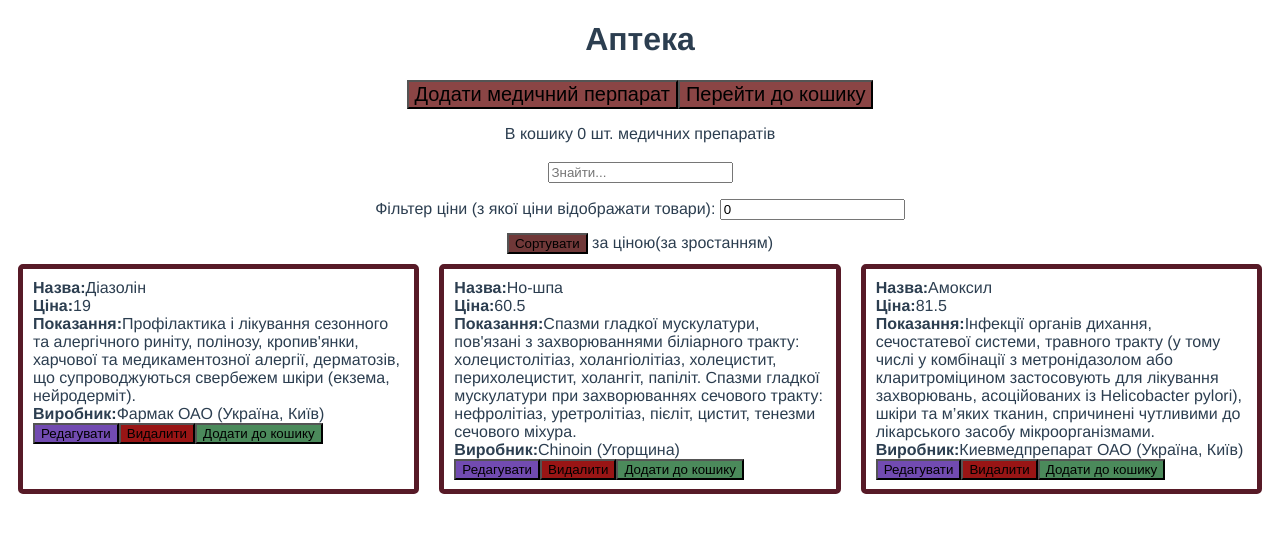
Repository: kristinap8/pharmacy
Page: /
These files come from the project's save history. The page is drawn as it stood at one moment and after the next save; the edit follows.
The browser window is 1280 px wide. The pictures show the whole page.
The project was rebuilt for these pictures with package versions that can differ from the ones it lists, and the page was loaded fresh each time. Also part of the build but not shown: src/components/AddMedicineForm/index.vue, src/pages/AddMedicine/index.vue, src/components/EditMedicineForm/index.vue, src/pages/EditMedicine/index.vue, src/components/CartForm/index.vue, src/pages/Cart/index.vue.

Above is the page before, as saved 2020-12-10 11:45:50.

### src/main.js
import Vue from 'vue'
import App from './App.vue'
import router from "./router"
import store from "./store"

Vue.config.productionTip = false

new Vue({
  store,
  router,
  render: h => h(App),
}).$mount('#app')

### src/App.vue
<template>
  <div id="app">
    <router-view/>
  </div>
</template>

<script>
export default {
  name: "App",
  components: {},
};
</script>

<style>
#app {
  font-family: Avenir, Helvetica, Arial, sans-serif;
  -webkit-font-smoothing: antialiased;
  -moz-osx-font-smoothing: grayscale;
  color: #2c3e50;
}
</style>

### src/router.js
import Vue from "vue";
import VueRouter from "vue-router";
import AddMedicine from "@/pages/AddMedicine";
import EditMedicine from "@/pages/EditMedicine";
import AllMedicines from "@/pages/AllMedicines";
import Cart from "@/pages/Cart";

Vue.use(VueRouter);

const routes=[
    {
        path:'/',
        name:'all-medicines',
        component:AllMedicines
    },
    {
        path:'/edit_medicine/:medicine_id',
        name:'edit-medicine',
        component:EditMedicine
    },
    {
        path:'/add_medicine',
        name:'add-medicine',
        component:AddMedicine
    },
    {
        path:'/cart',
        name:'cart',
        component:Cart
    },

]

const router=new VueRouter({
    mode:"history",
    routes
});

export default router;

### src/store/index.js
import Vue from "vue";
import Vuex from "vuex";
import { v4 as uuid_v4 } from 'uuid'

Vue.use(Vuex)
const store=new Vuex.Store({
    state:{
      medicinesList:[
          {
              id:1,
              name:'Но-шпа',
              price:60.5,
              requirements:"Спазми гладкої мускулатури, пов'язані з захворюваннями біліарного тракту: холецистолітіаз, холангіолітіаз, холецистит, перихолецистит, холангіт, папіліт. Спазми гладкої мускулатури при захворюваннях сечового тракту: нефролітіаз, уретролітіаз, пієліт, цистит, тенезми сечового міхура.",
              maker:"Chinoin (Угорщина)"

          },
          {
            id:2,
            name:"Діазолін",
            price:19,
            requirements:"Профілактика і лікування сезонного та алергічного риніту, полінозу, кропив'янки, харчової та медикаментозної алергії, дерматозів, що супроводжуються свербежем шкіри (екзема, нейродерміт).",
            maker:"Фармак ОАО (Україна, Київ)"

        },
        {
            id:3,
            name:"Амоксил",
            price:81.5,
            requirements:"Інфекції органів дихання, сечостатевої системи, травного тракту (у тому числі у комбінації з метронідазолом або кларитроміцином застосовують для лікування захворювань, асоційованих із Helicobacter pylori), шкіри та м’яких тканин, спричинені чутливими до лікарського засобу мікроорганізмами.",
            maker:"Киевмедпрепарат ОАО (Україна, Київ)"

        }
      ],
      cart:[],
      cartItemsCount:0
    },
    mutations:{
        addMedicine(state, data) {
            state.medicinesList.push({
             id: uuid_v4(),
             ...data,
           })
         },
         deleteMedicine(state,id){
             let medicines=state.medicinesList.filter(medicine=>medicine.id!=id)
             state.medicinesList=medicines;
         },
         editMedicine(state,medicine){
             state.medicinesList.forEach(m=>{
                 if(m.id==medicine.id){
                     m=medicine;
                 }
             } )
         },
         addToCart(state,medicine){
            let isMedicineExists=state.cart.find(m => m.id == medicine.id);

            if (isMedicineExists) {
                isMedicineExists.quantity ++;
                isMedicineExists.totalPrice = (isMedicineExists.quantity * isMedicineExists.price).toFixed(2);
            } else {
                state.cart.push(medicine);

                Vue.set(medicine, 'quantity', 1);
                Vue.set(medicine, 'totalPrice', medicine.price);
            }
             state.cartItemsCount++
         },
         deleteItemFromCart(state,medicine){
            let index = state.cart.indexOf(medicine);
            if (index > -1) {
                let item= state.cart[index];
                if(item.quantity>1)
                {
                    state.cartItemsCount--;
                    item.quantity--;
                    item.totalPrice-=item.price;
                }
                else{
                    state.cartItemsCount -= item.quantity;
                    state.cart.splice(index, 1);
                }

            }
         }
    },
    actions:{
        addMedicine({ commit }, medicine) {
            commit('addMedicine', medicine)
         },
          deleteMedicine({commit},id){
              commit('deleteMedicine',id)
          },
          editMedicine({commit},medicine){
              commit('editMedicine',medicine)
          },
          addToCart({commit},medicine){
              commit('addToCart',medicine)
          },
          deleteItemFromCart({commit},medicine){
              commit("deleteItemFromCart",medicine)
          }

    },
    getters:{
        getMedicines:(state)=> state.medicinesList,
        getMedicineById:(state)=>(id)=>{return state.medicinesList.find(m=>m.id===id)},
        getMedicinesInCart:(state)=>state.cart,
     },
    modules:{

    }
})

export default store

### src/pages/AllMedicines/index.vue
<template>
    <div>
        <h1 class="header">Аптека</h1>
        <div class='btns'>
        <router-link to="/add_medicine" tag="button" class='add-btn'>Додати медичний перпарат</router-link>
        <router-link to="/cart" tag="button" class='cart-btn'>Перейти до кошику</router-link>
        </div>
        <p class="cart-count">В кошику {{this.$store.state.cartItemsCount}} шт. медичних препаратів</p>
     <medicines-list/>
    </div>
</template>

<script>

import MedicinesList from "../../components/MedicinesList"
    export default {
        name:"AllMedicine",
        components: {
            MedicinesList,
        },

    }
</script>

<style lang="scss" scoped>
 .header{
      text-align: center;
  }
  .cart-count{
   text-align: center;
  }
  .btns{
      text-align: center;
  }
  .add-btn{
      background:rgb(139, 69, 69);
      font-size:20px;
  }
  .cart-btn{
      background:rgb(139, 69, 69);
      font-size:20px;
  }
</style>

### src/components/MedicinesList/index.vue
<template>
    <div>
        <div class="search-filter">
          <input type="text" placeholder="Знайти..." v-model="search"/><br/>
        </div>
        <div class="price-filter">
          <label>
          Фільтер ціни (з якої ціни відображати товари):
          <input type="number" v-model="price"/>
          </label>
        </div>
        <div class="sort">
              <button id="s" @click="sortByPrice">Сортувати</button>
                за ціною({{sortP}})
        </div>
    <div class="list-container">
    <medicine-card
    v-for="medicine in filteredMedicines"
    :key="medicine.id"
    :id="medicine.id"
    :name="medicine.name"
    :price="medicine.price"
    :requirements="medicine.requirements"
    :maker="medicine.maker"
    />
     </div>
    </div>
</template>

<script>
import { mapGetters } from 'vuex'
import MedicineCard from "./MedicineCard"
    export default {
        name:"MedicinesList",
        data() {
            return {
                search:"",
                price:0,
                sortByPriceDir:true,
                sortP:'за зростанням',
                clicked:false

            }
        },
        components: {
        MedicineCard,
        },
        computed: {
            ...mapGetters(['getMedicines']),
            filteredMedicines() {
           var filtered=this.getMedicines
             .filter((m) => {
              return (
              m.name.toLowerCase().includes(this.search.toLowerCase()) ||
              m.maker.toLowerCase().includes(this.search.toLowerCase()) ||
              m.requirements.toLowerCase().includes(this.search.toLowerCase())||
              m.price==Number(this.search)
            );})
            .filter((m)=>{
                return(
                   m.price >= Number(this.price)
                )
            })
            var sorted;
            if(!this.sortByPriceDir){
                 sorted=filtered.sort(function(a,b){return a.price - b.price;})
            }
            else{
                sorted=filtered.sort(function(a,b){return a.price - b.price;})
            }
            if(this.clicked)
            { return sorted}
            else{return filtered}
           }
           },
            methods: {
                sortByPrice() {
                     this.sortByPriceDir = !this.sortByPriceDir
                     if(this.sortByPriceDir)
                    {this.sortP = "за зростанням"}
                     else
                    {this.sortP = "за спаданням"}
                     this.clicked=true
                }
                   }

            }

//var sortByName = function (d1, d2) {return (d1.name.toLowerCase() > d2.name.toLowerCase()) ? 1 : -1;};
//;
</script>

<style lang="scss" scoped>
  .list-container{
      display: flex;
  }
  .search-filter{
      text-align: center;
      margin:10px;
      padding: 3px;
  }
  .price-filter{
      text-align: center;
      margin:10px;
      padding: 3px;
  }
  .sort{
      text-align: center;
  }
  #s{
      background:rgb(112, 56, 56);
  }
</style>

### src/components/MedicinesList/MedicineCard/index.vue
<template>
    <div class="card-container">
    <div><b>Назва:</b>{{name}}</div>
    <div><b>Ціна:</b>{{price}}</div>
    <div><b>Показання:</b>{{requirements}}</div>
    <div><b>Виробник:</b>{{maker}}</div>
    <button @click="onEditMedicine" class="edit-btn">Редагувати</button>
    <button @click="onDeleteMedicine(id)" class="delete-btn">Видалити</button>
    <button @click="onAddToCart({id,name,price,requirements,maker})" class="add-btn">Додати до кошику</button>
    </div>
</template>

<script>
import { mapActions } from 'vuex'
  export default {
        name:"MedicineCard",
        props: {
            id: {
                type: [String,Number],
                required:true,
            },
            name: {
                type: String,
                default:"Назва препарату не вказана"
            },
            price:{
                type:[String,Number],
                default:0
            },
            requirements:{
                type:String,
                default:"Показань до застосування не вказано"
            },
            maker:{
                type:String,
                default:"Виробника не вказано"
            }

        },
        methods: {
            onDeleteMedicine(id) {
                this.$store.dispatch("deleteMedicine",id)
             },
            onEditMedicine(){
                this.$router.push({
                    name:'edit-medicine',
                    params:{medicine_id:this.id}
                })
            },
            ...mapActions(['addToCart']),
            onAddToCart(item){
                this.$store.dispatch('addToCart',item)
            }
        },
    }
</script>

<style lang="scss" scoped>
.card-container{
  width: 400px;
  height: 200px;
  border: 5px solid rgb(87, 26, 39);
  border-radius: 5px;
  padding: 10px;
  margin: 10px;
  text-align: left;
}
.add-btn{
    background:rgb(75, 138, 91)
}
.edit-btn{
    background:rgb(114, 75, 177)
}
.delete-btn{
    background:rgb(153, 21, 21)
}
</style>

Loaded but not shown: public/index.html (common file)

After the next save:
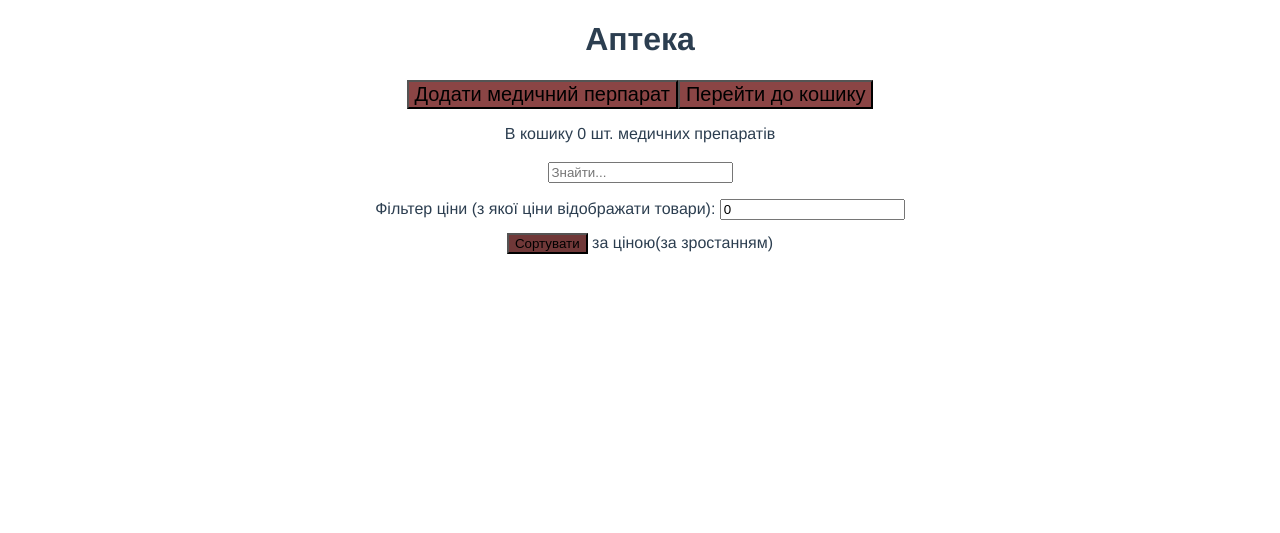
Saved 55 s later.
--- a/src/components/MedicinesList/index.vue
+++ b/src/components/MedicinesList/index.vue
@@ -38,7 +38,6 @@ import MedicineCard from "./MedicineCard"
                 price:0,
                 sortByPriceDir:true,
                 sortP:'за зростанням',
-                clicked:false
 
             }
         },
@@ -68,9 +67,7 @@ import MedicineCard from "./MedicineCard"
             else{
                 sorted=filtered.sort(function(a,b){return a.price - b.price;})
             }
-            if(this.clicked)
-            { return sorted}
-            else{return filtered}
+
            }
            },
             methods: {
@@ -80,7 +77,6 @@ import MedicineCard from "./MedicineCard"
                     {this.sortP = "за зростанням"}
                      else
                     {this.sortP = "за спаданням"}
-                     this.clicked=true
                 }
                    }
 
